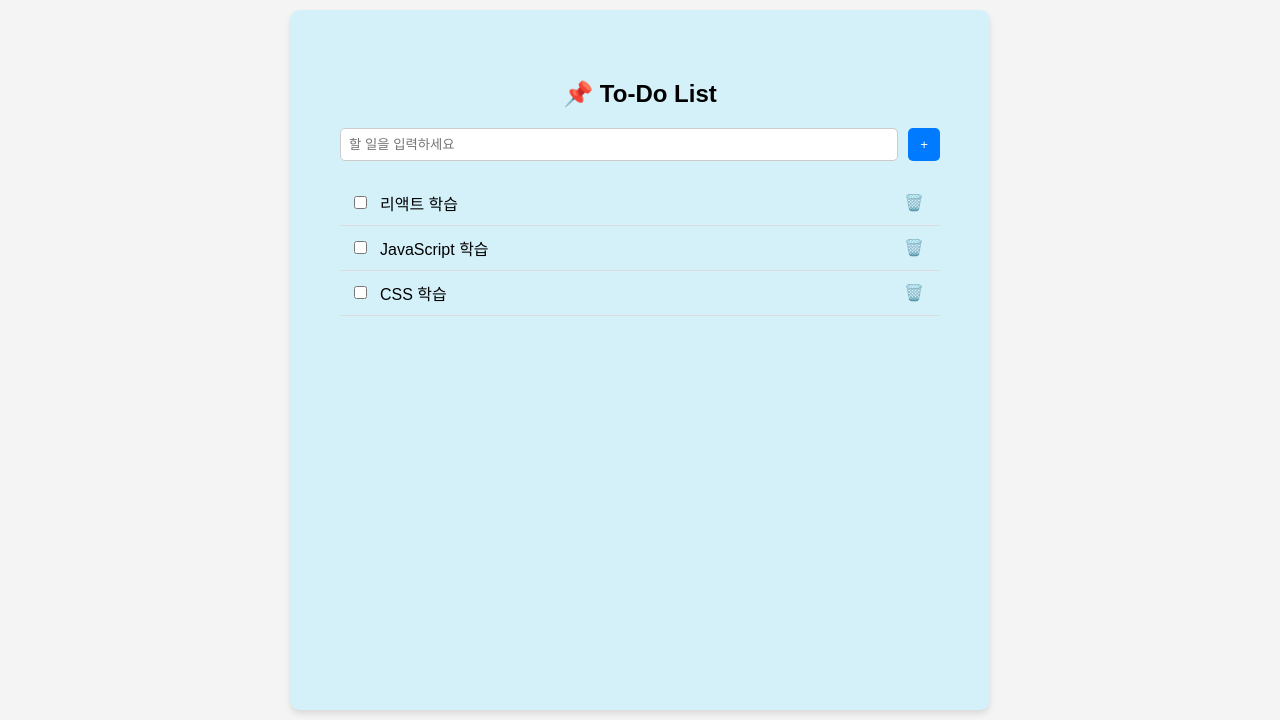
Repository: jongheonleee/todo-list
Page: /
An editor plug-in stored every save of this project. The page is shown before and after the next save, followed by the edit.
The browser window is 1280 px wide. The pictures show the whole page.
The project was rebuilt for these pictures with package versions that can differ from the ones it lists, and the page was loaded fresh each time.

Above is the page before, as saved 2025-02-20 13:14:22.

### src/App.js

import React from "react";
import { useState } from "react";
import "./App.css";
import InputForm from "./components/InputForm";
import ToDoList from "./components/ToDoList";


const App = () => {
  // 해당 컴포넌트에서 관리해야할 필드값 정의

  // 기본적으로 보여줄 리스트
  const [ id, setId ] = useState(''); // 특정 아잉템에 해당하는 id
  const [ items, setItems ] = useState([{ id : 1,   text : "리액트 학습",       done : false},
                                        { id : 2,   text : "JavaScript 학습", done : false},
                                        { id : 3,   text : "CSS 학습",        done : false}]); // 기본적으로 보여줄 items
  const [ text, setText ] = useState('');
  const [ done, setDone ] = useState(false);

  // 해당 컴포넌트에서 관리하는 필드값을 핸들링하는 함수 정의

  // 삭제 버튼 누르면 해당 아이템을 삭제함
  const handleDelete = (id) => {
    // 삭제 버튼 누르면 해당 아이템을 삭제함

    // - 사용자가 누른 아이템의 id가 현재 배열에 있는지 확인
    // - 해당 id에 대응되는 아이템이 있으면 해당 아이템을 제거한다
    const newItems = items.filter(item => item.id !== id);

    // 알림창 띄우기
    notify('Item deleted successfully');

    // - items를 업데이트한다
    setItems(newItems);

    // - id를 초기화한다.
    setId(-1);

  };

  const handleSubmit = (e) => {
    // 입력 폼을 입력하고 추가 버튼을 누르면 새로운 아이템을 등록함

    // - 리프레시 방지
    e.preventDefault();

    // - 작성한 타이틀 유효성 검증
    if (!isValidText(text)) {
      notify('please enter a right text');
      return;
    }

    // - 아이템 등록 처리
    const newItem = {id : crypto.randomUUID(), text: text, done: false};

    // - 아이템 배열에 추가
    const newItems = [...items, newItem];
    setItems(newItems);

    // - 아이템 추가되었음을 알림
    notify('Item added successfully');

    // - 초기화
    setId('');
    setText('');
    setDone(false);
  };


  const handleText = (e) => {
    // todo-item 타이틀 작성시 상태 변경
    setText(e.target.value);
  }


  const clearItems = () => {
    // 모든 아이템을 지움

  }

  // 특정 작업 수행시 알림창 띄우기
  const notify = (message) =>  {
      alert(message);
  }

  // 아이템 유효성 검증
  const isValidText = (text) => {
    return text !== null && text.length > 0;
  }

  // 렌더링할 페이지 형태
  return (
    <div className="container">
      <div className="sub-container">
        <h2>📌 To-Do List</h2>
        {/* 입력 부분  */}
        <InputForm
          handleSubmit={handleSubmit}
          handleText={handleText}
        />

        {/* todo-list 부분 */}
        <ToDoList
          items={items}
          handleDelete={handleDelete}
        />
      </div>
    </div>
  );
}

export default App;

### src/App.css
/* styles.css */
.container {
  font-family: Arial, sans-serif;
  background-color: #f4f4f4;
  display: flex;
  justify-content: center;
  align-items: center;
  height: 100vh;
  margin: 0;
}

.sub-container {
  background-color: #D4F1F9;
  padding: 50px;
  border-radius: 10px;
  box-shadow: 0 4px 6px rgba(0, 0, 0, 0.1);
  width: 600px;
  height: 600px;
}

h2 {
  text-align: center;
  margin-bottom: 20px;
}

.input-area {
  display: flex;
  gap: 10px;
}

input[type="text"] {
  flex: 1;
  padding: 8px;
  border: 1px solid #ccc;
  border-radius: 5px;
}

.add-btn {
  background: #007bff;
  color: white;
  border: none;
  padding: 8px 12px;
  cursor: pointer;
  border-radius: 5px;
}

.add-btn:hover {
  background: #0056b3;
}

.todo-list {
  list-style: none;
  padding: 0;
  margin-top: 20px;
}

.todo-list li {
  display: flex;
  justify-content: space-between;
  align-items: center;
  padding: 10px;
  border-bottom: 1px solid #ddd;
}

.todo-item {
  display: flex;
  align-items: center;
  gap: 10px;
}

.delete-btn {
  background: none;
  border: none;
  color: red;
  cursor: pointer;
  font-size: 16px;
}

.delete-btn:hover {
  color: darkred;
}

### src/components/InputForm.js
import React from "react";
import "./InputForm.css";

const InputForm = ({ handleSubmit, handleText }) => {
    return (
        <form
            className="input-area"
            onSubmit={handleSubmit}
        >
            <input
                type="text"
                placeholder="할 일을 입력하세요"
                onChange={handleText}
            />
            <button
                type="submit"
                className="add-btn"
            >
            +
            </button>
        </form>
    );
}

export default InputForm;

### src/components/ToDoList.js
import React from "react";
import ToDoItem from "./ToDoItem";
import "./ToDoList.css"

const ToDoList = ({ items, handleDelete }) => {
    return (
        <ul className="todo-list">
            {
                items.map(item => {
                    return (
                        <ToDoItem
                            id={item.id}
                            text={item.text}
                            done={item.done}
                            handleDelete={handleDelete}
                        />
                    )
                })
            }
            {/* <li>
                <div className="todo-item">
                    <input type="checkbox" />
                    <span>리액트 학습</span>
                </div>
                <button className="delete-btn">🗑️</button>
            </li> */}
          {/* <li>
            <div className="todo-item">
              <input type="checkbox" />
              <span>JavaScript 학습</span>
            </div>
            <button className="delete-btn">🗑️</button>
          </li>
          <li>
            <div className="todo-item">
              <input type="checkbox" />
              <span>CSS 학습</span>
            </div>
            <button className="delete-btn">🗑️</button>
          </li> */}
        </ul>
    )
}

export default ToDoList;

### src/components/InputForm.css
.input-area {
    display: flex;
    gap: 10px;
}

input[type="text"] {
    flex: 1;
    padding: 8px;
    border: 1px solid #ccc;
    border-radius: 5px;
}

.add-btn {
    background: #007bff;
    color: white;
    border: none;
    padding: 8px 12px;
    cursor: pointer;
    border-radius: 5px;
}

.add-btn:hover {
    background: #0056b3;
}

### src/components/ToDoItem.js
import React from "react";
import "./ToDoItem.css"

// item은 3가지 필드를 지님
// - id, text, done
const ToDoItem = ({ id, text, done, handleDelete }) => {
    return (
        <li>
            <div
                id={id}
                className="todo-item"
            >
                <input type="checkbox" />
                <span>{done ? <del>text</del> : text}</span>
            </div>
            <button className="delete-btn" onClick={() => handleDelete(id)}>🗑️</button>
        </li>
    )
}

export default ToDoItem;

### src/components/ToDoList.css
.todo-list {
    list-style: none;
    padding: 0;
    margin-top: 20px;
}

.todo-item li {
    display: flex;
    justify-content: space-between;
    align-items: center;
    padding: 10px;
    border-bottom: 1px solid #ddd;
}

.todo-item {
    display: flex;
    align-items: center;
    gap: 10px;
}

.delete-btn {
    background: none;
    border: none;
    color: red;
    cursor: pointer;
    font-size: 16px;
}

.delete-btn:hover {
    color: darkred;
}

### src/components/ToDoItem.css
.todo-item li {
    display: flex;
    justify-content: space-between;
    align-items: center;
    padding: 10px;
    border-bottom: 1px solid #ddd;
}

.todo-item {
    display: flex;
    align-items: center;
    gap: 10px;
}

.delete-btn {
    background: none;
    border: none;
    color: red;
    cursor: pointer;
    font-size: 16px;
}

.delete-btn:hover {
    color: darkred;
}

Loaded but not shown: public/index.html (common file); src/index.js (common file); src/index.css (common file); src/reportWebVitals.js (common file)

After the next save:
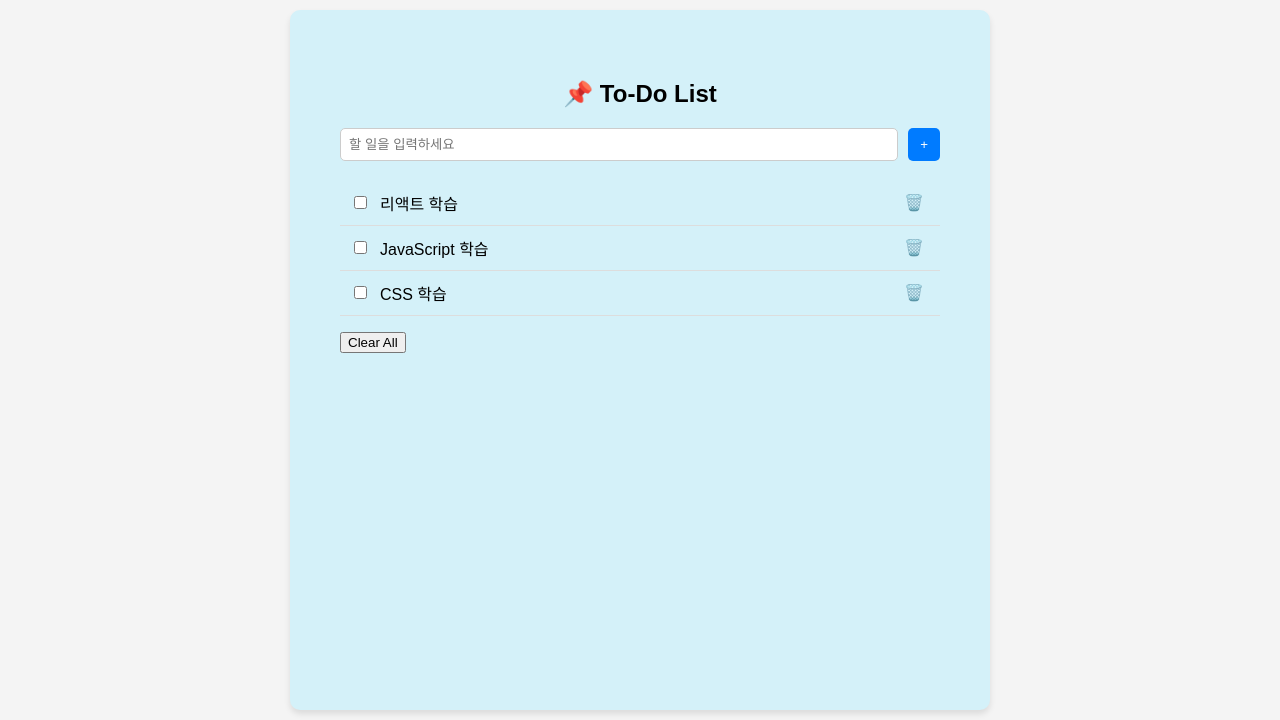
Saved 46 s later.
--- a/src/App.js
+++ b/src/App.js
@@ -93,18 +93,22 @@ const App = () => {
     <div className="container">
       <div className="sub-container">
         <h2>📌 To-Do List</h2>
-        {/* 입력 부분  */}
-        <InputForm
-          handleSubmit={handleSubmit}
-          handleText={handleText}
-        />
+          {/* 입력 부분  */}
+          <InputForm
+            handleSubmit={handleSubmit}
+            handleText={handleText}
+          />
 
-        {/* todo-list 부분 */}
-        <ToDoList
-          items={items}
-          handleDelete={handleDelete}
-        />
+          {/* todo-list 부분 */}
+          <ToDoList
+            items={items}
+            handleDelete={handleDelete}
+          />
+
+            {/* 모두 삭제 처리 */}
+          <button onClick={clearItems}>Clear All</button>
       </div>
+
     </div>
   );
 }
